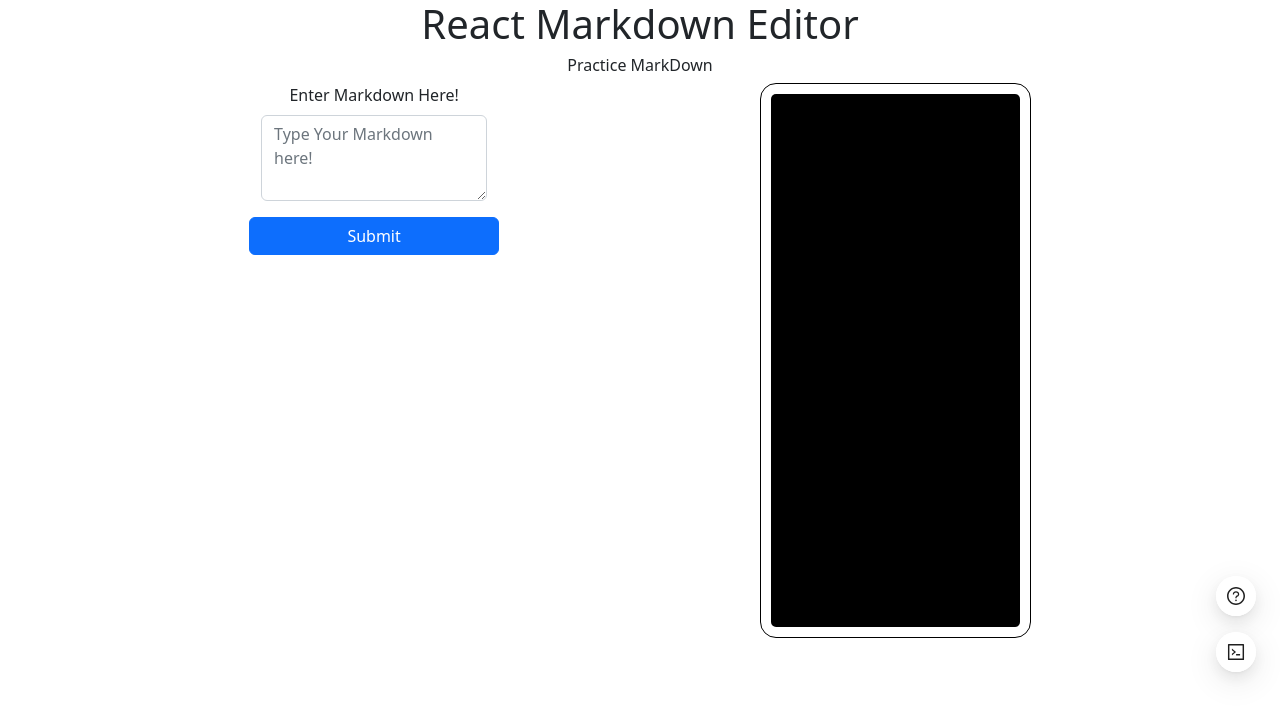
Repository: devkthines/md-editor
Page: /
An editor plug-in stored every save of this project. The page is shown before and after a run of saves, followed by the edit.
The browser window is 1280 px wide. The pictures show the whole page.
The project was rebuilt for these pictures with package versions that can differ from the ones it lists, and the page was loaded fresh each time. Also part of the build but not shown: src/pages/preview.js, src/components/navbar.js, src/pages/home.js.

Above is the page before, as saved 2023-12-06 21:40:47.

### src/App.js
import Preview from './pages/preview';
import Editor from './pages/editor';
import NavBar from './components/navbar';
import { BrowserRouter, Routes, Route } from "react-router-dom";
import About from './pages/home';
import 'bootstrap/dist/css/bootstrap.min.css';
import './styles/style.css'
function App() {
  return (
    <BrowserRouter>
    {/* <NavBar/> */}
      <Routes>
    {/* <Route path='/edit' element={<Editor/>}/> */}
    <Route index  element={<Editor/>}/>
    {/* <Route path='/about' element={<About/>}/> */}

      </Routes>
    </BrowserRouter>

  );
}

export default App;

### src/pages/editor.js
import { useState, useEffect } from 'react';
import { marked } from 'marked';
import Button from 'react-bootstrap/Button';
import Form from 'react-bootstrap/Form';
import Row from 'react-bootstrap/Row';
import Col from 'react-bootstrap/Col';
import { QuestionCircleOutlined, CodeOutlined } from '@ant-design/icons';
import { FloatButton,Modal  } from 'antd';

const App = () => {
    const [isModalOpen, setIsModalOpen] = useState(false);
    const showModal = () => {
      setIsModalOpen(true);
    };
    const handleOk = () => {
      setIsModalOpen(false);
    };
    const handleCancel = () => {
      setIsModalOpen(false);
    };

    // Modal Two Example
    const [isModalTwoOpen, setIsModalTwoOpen] = useState(false);
    const showModalTwo = () => {
      setIsModalOpen(true);
    };
    const handleOkTwo = () => {
      setIsModalOpen(false);
    };
    const handleCancelTwo = () => {
      setIsModalOpen(false);
    };
return ( <>
    <FloatButton.Group
      shape="circle"
      style={{
        right: 24,
      }}
    >
      <FloatButton icon={<QuestionCircleOutlined />} onClick={showModal}/>

      <FloatButton icon={<CodeOutlined />} onClick={showModalTwo}/>
    </FloatButton.Group>
    <Modal title="Basic Modal" open={isModalOpen} onOk={handleOk} onCancel={handleCancel}>
        <p>Some contents...</p>
        <p>Some contents...</p>
        <p>Some contents...</p>
    </Modal>
    <Modal title="Basic Modal" open={isModalTwoOpen} onOk={handleOkTwo} onCancel={handleCancelTwo}>
        <p>Some contents...</p>
        <p>Some contents...</p>
        <p>Some contents...</p>
      </Modal>
    </>
)};


export default function Editor() {
    const [edit, SetEdit] = useState('');
    const [preview, setPreview] = useState('');
    const seePreview = (e) => {
        e.preventDefault();
        console.log(edit);
        setPreview(edit);
        SetEdit('');

    }

    return (<>
    <div className='text-center'>
        <h1>React Markdown Editor</h1>

    <h6>Practice MarkDown</h6>
        <div className='d-flex justify-content-evenly'>
            <App/>
            <Form>
                <Row>
                    <Form.Group as={Col} className="mb-3" controlId="formBasicPassword">
                    <Form.Label>Enter Markdown Here!</Form.Label>
                    <Form.Control value={edit} onChange={(e) => {
                        setPreview('');
                        SetEdit(e.target.value);

                    }} name="edit" id="editor" as='textarea' placeholder="Type Your Markdown here!" rows={3} />
                    </Form.Group>
                </Row>
                <Row>
                    <Button as={Col} disabled={!edit} onClick={seePreview} variant="primary" type="submit">
                    Submit
                </Button>
                </Row>
            </Form>
            <Row>
            <Col></Col><div id="mdEdView" dangerouslySetInnerHTML={{ __html: marked.parse(preview) }}></div>
            </Row>
       </div>
       </div>
       </>
    )
}

### src/styles/style.css
* {
    margin: 0;
    padding: 0;
    box-sizing: border-box;
}

#mdEdView {
    width: 270.71999999999997px;
    height: 554.88px;
    background-color: black;
    background-clip: content-box;
    padding: 10px;
    border: 1px solid black;
    border-radius: 1rem;
    color: white;
}

Loaded but not shown: public/index.html (common file); src/index.js (common file); src/index.css (common file); src/reportWebVitals.js (common file)

After the next 2 saves:
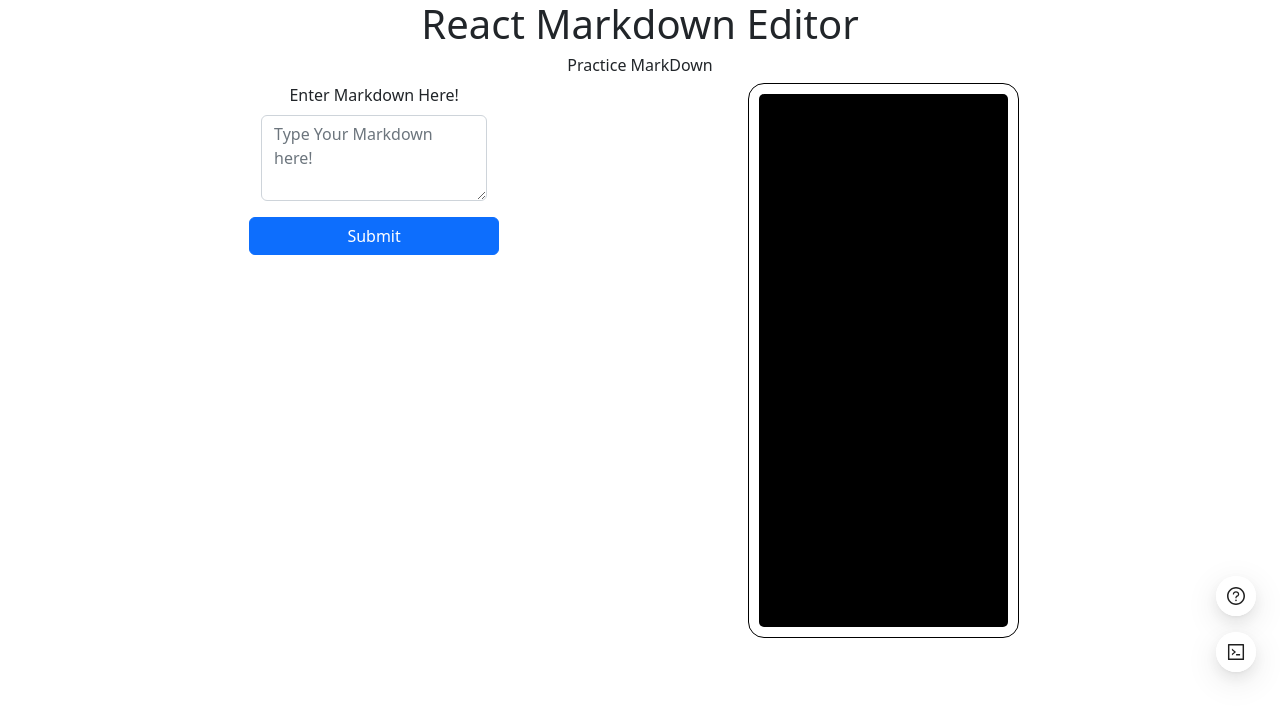
The 2 saves are shown as one change because they came seconds apart.
The last was saved 6 s later.
--- a/src/pages/editor.js
+++ b/src/pages/editor.js
@@ -91,7 +91,8 @@ export default function Editor() {
                 </Row>
             </Form>
             <Row>
-            <Col></Col><div id="mdEdView" dangerouslySetInnerHTML={{ __html: marked.parse(preview) }}></div>
+            <Col><div id="mdEdView" dangerouslySetInnerHTML={{ __html: marked.parse(preview) }}></div>
+            </Col>
             </Row>
        </div>
        </div>
